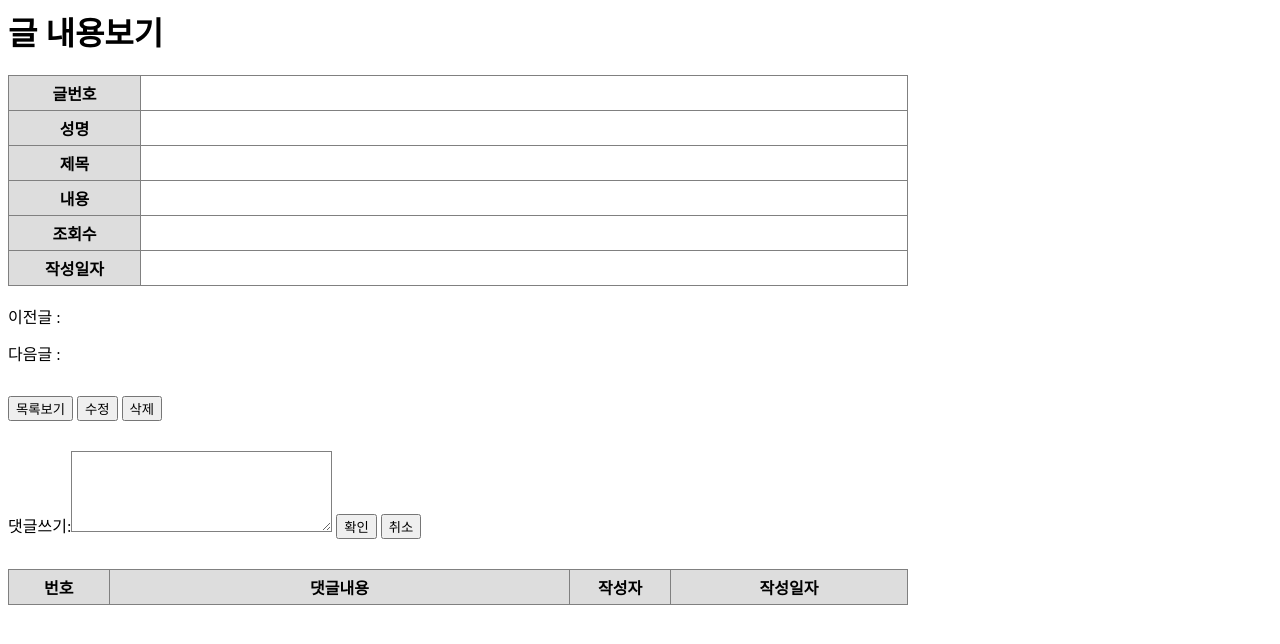
Repository: gold37/Spring
Page: http://localhost/Board/WEB-INF/views/tiles1/board/view.jsp
The author's editor kept a copy of each file at every save. The page is drawn from the files as they stood at one save, then again after the next save.
The browser window is 1280 px wide. The pictures show the whole page.
The page is served by Tomcat 9. Nobody is signed in. The template is opened directly, without the code that normally fills it, so the values that code supplies are empty.

Above is the page before, as saved 2020-07-17 06:47:40.
Console error: ReferenceError: $ is not defined

After the next save:
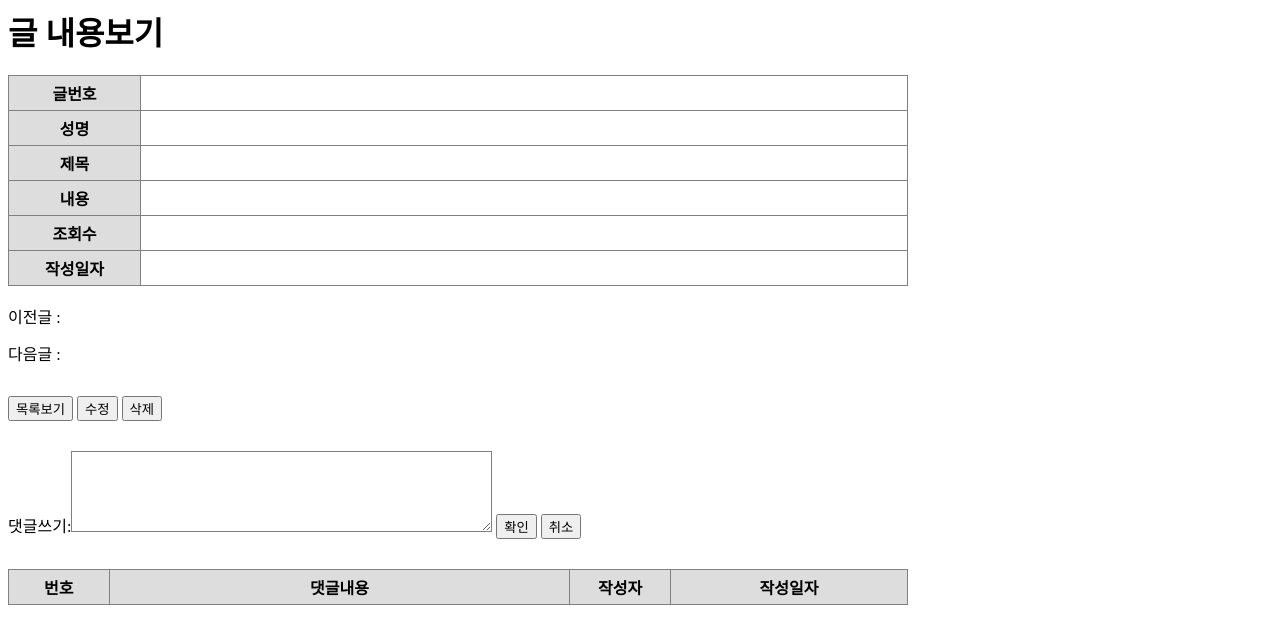
Saved 11 s later.
--- a/springworkspace/Board/src/main/webapp/WEB-INF/views/tiles1/board/view.jsp
+++ b/springworkspace/Board/src/main/webapp/WEB-INF/views/tiles1/board/view.jsp
@@ -96,7 +96,7 @@ a {text-decoration: none !important;}
 
 
 	<div style="margin-top: 30px;">
-		댓글쓰기:<textarea rows="5" cols="30"></textarea>
+		댓글쓰기:<textarea rows="5" cols="50"></textarea>
 		<button>확인</button>
 		<button>취소</button>
 	</div>
